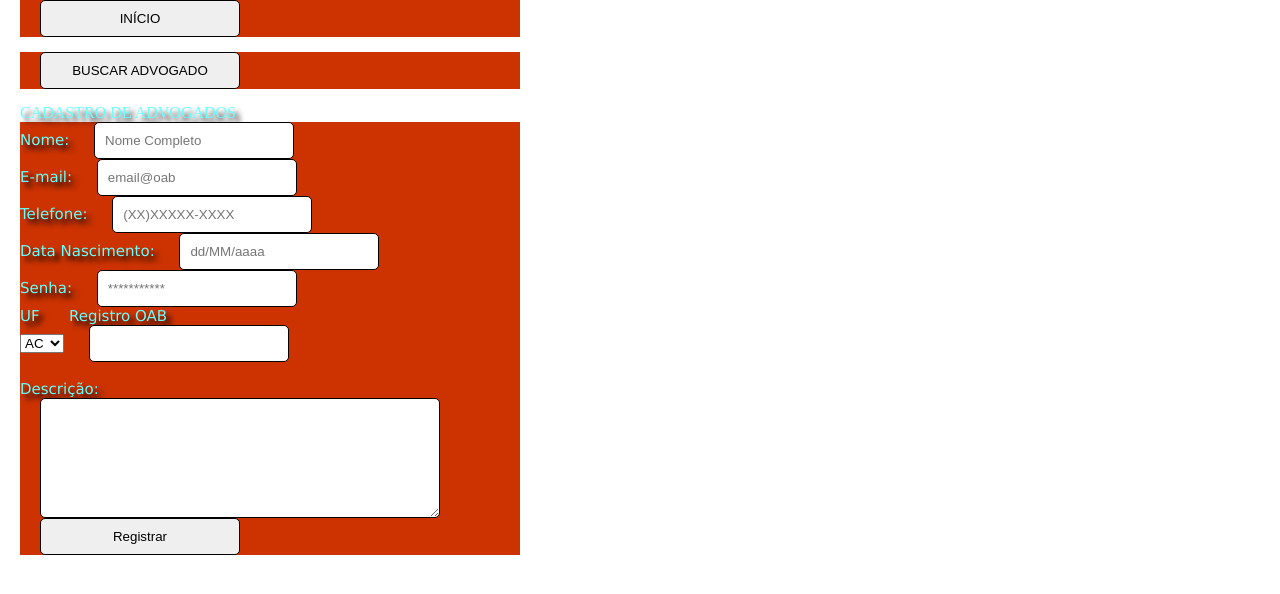
Repository: Natan16/CRUDJUSTTO
Page: http://localhost/CRUDJUSTTOWEB/adiciona-advogado.jsp
An editor plug-in stored every save of this project. The page is shown before and after the next save, followed by the edit.
The browser window is 1280 px wide. The pictures show the whole page.
The page is served by Tomcat 9.

Above is the page before, as saved 2019-09-01 02:50:41.

After the next save:
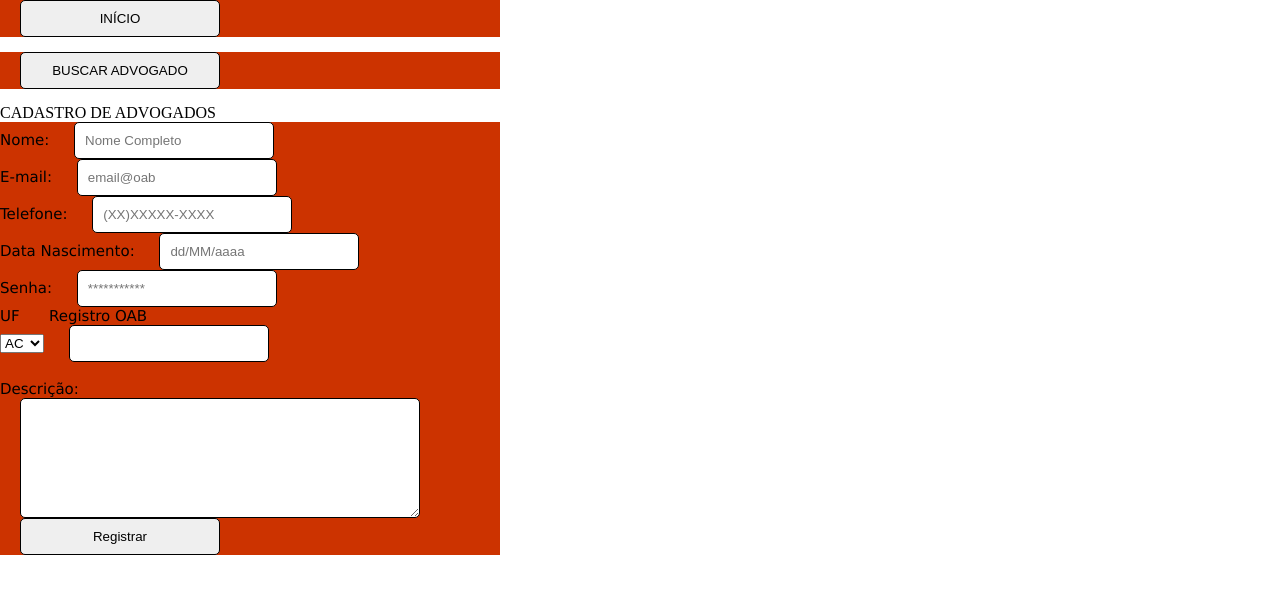
Saved 27 s later.
--- a/CRUDJUSTTOWEB/WebContent/Estilo.css
+++ b/CRUDJUSTTOWEB/WebContent/Estilo.css
@@ -1,3 +1,7 @@
+body {
+    padding: 0;
+    margin: 0;
+}
 
 form {
     font-family: Verdana,Tahoma,sans-serif;
@@ -6,9 +10,7 @@ form {
     max-width: 500px;
 }
 
-body {
-    padding: 0;
-    margin: 0;
+h1 {
     margin-bottom: 20px;
     margin-left: 20px;
     color: #66FFFF;
